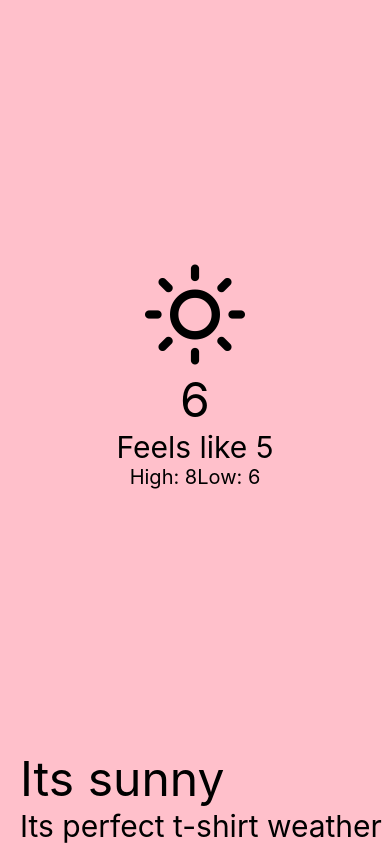
Repository: akinmiday/fcc
Screen: / (app in WeatherApp/)
The author's editor kept a copy of each file at every save. The screen is drawn from the files as they stood at one save, then again after the next save.
The app was drawn by React Native's web renderer in a window 390 px wide. The project was rebuilt for these pictures with package versions that can differ from the ones it lists, and the page was loaded fresh each time.

Above is the screen before, as saved 2023-07-18 07:28:09.

After the next save:
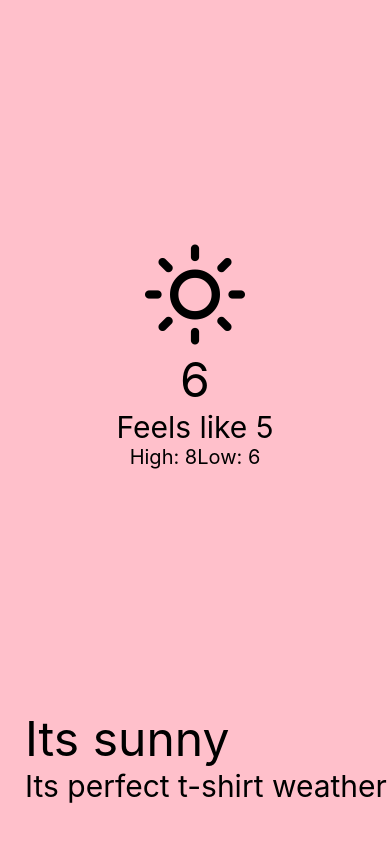
Saved 19 s later.
--- a/WeatherApp/App.js
+++ b/WeatherApp/App.js
@@ -50,7 +50,8 @@ const styles= StyleSheet.create({
   bodyWrapper:{
     justifyContent: 'flex-end',
     alignItems: 'flex-start',
-    paddingLeft: 20
+    paddingLeft: 25,
+    marginBottom: 40
   },
   description:{
     fontSize:48
